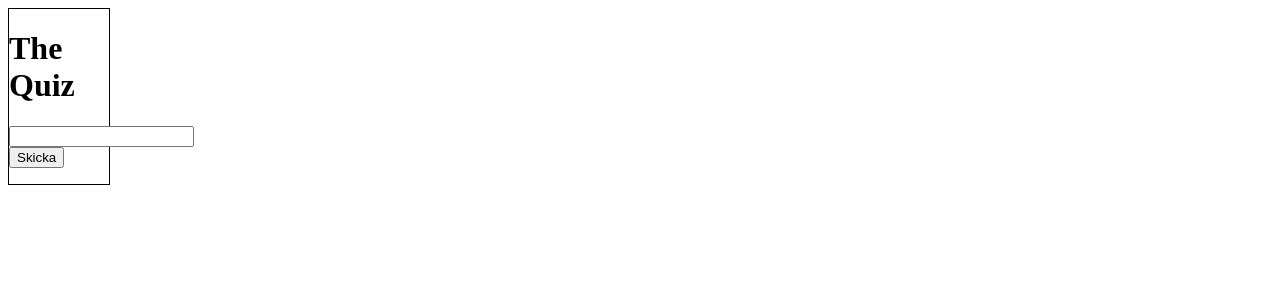
Repository: la222tc/la222tc-1dv403-Laborationer
Page: 4-thequiz/index.html
The author's editor kept a record of every edit. The page is drawn from the files as they stood at one moment, then again after the next edit.
The browser window is 1280 px wide. The pictures show the whole page.
The page's requests for data from a server got no answer.

Above is the page before.

### 4-thequiz/index.html
<!DOCTYPE html>
<html lang="sv">
<head>
	<meta charset="UTF-8" />
 	<title>JavaScript - Laboration 4 - TheQuiz</title>
 	<link rel="stylesheet" href="css/quiz.css" type="text/css" />
</head>
    <body>

        <div id="content">
           <h1>The Quiz</h1>
           <p id="Question"></p>
           <input type="text" id="answer"/>
           <input type="button" id="button" value="Skicka"/>
           <p id="wrongAnswer"></p>
        </div>

        <script type="text/javascript" src="js/quiz.js"></script>
    </body>
</html>

### 4-thequiz/css/quiz.css
#content {
    width:100px;
    border:1px solid black;
}

### 4-thequiz/js/quiz.js
"use strict";

    var quiz = {

    url: "http://vhost3.lnu.se:20080/question/1",
    xhr: new XMLHttpRequest(),
    div: document.getElementById("content"),
    answer: document.getElementById("answer"),
    submit: document.getElementById("button"),
    wrongAnswer: document.getElementById("wrongAnswer"),
    textBox: document.getElementById("answer"),
    pers: null,
    numberOfTries: 0,
    array: [],

    init: function () {

        quiz.submit.addEventListener("click", function (e) {
            e.preventDefault();
            quiz.sendQuestion(quiz.answer.value, quiz.pers.nextURL);
        });

        quiz.textBox.addEventListener("keypress", function (e) {
            console.log(e.keycode);
            if (e.keycode === 13) {
            e.preventDefault();
            quiz.sendQuestion(quiz.answer.value, quiz.pers.nextURL);
            }
        });

        quiz.displayQuestion(quiz.url);
    },

    displayQuestion: function (url) {
        quiz.wrongAnswer.innerHTML = "";
        quiz.xhr.onreadystatechange = function(){

           if (quiz.xhr.readyState === 4) {
               if (quiz.xhr.status == 200 || quiz.xhr.status == 304) {

                    quiz.pers = JSON.parse(quiz.xhr.responseText);
                    console.log(quiz.pers.question);
                    var p = document.getElementById("Question");
                    p.innerHTML = quiz.pers.question;

               }


           }
       };

        quiz.xhr.open("GET", url, true);
        quiz.xhr.send(null);
    },

    sendQuestion: function (answer, url) {

        var xhr2 = new XMLHttpRequest();


        xhr2.onreadystatechange = function(){

           if (xhr2.readyState === 4) {
               var pers = JSON.parse(xhr2.responseText);
               console.log(pers);

               if (pers.message === "Correct answer!") {
                    quiz.displayQuestion(pers.nextURL);
                    quiz.array.push(quiz.numberOfTries);
                    quiz.numberOfTries = 0;

                   if (pers.nextURL === undefined) {
                       quiz.wrongAnswer.innerHTML = "Quizen avklarad";
                       quiz.showResult();
                   }
               }

               else {
                   quiz.wrongAnswer.innerHTML = "Fel Svar, försök igen";
                   quiz.numberOfTries += 1;
               }

           }
       };

        xhr2.open('POST', url, true);
        xhr2.setRequestHeader('Content-Type', 'application/json');

        var theAnswer = {answer: answer};
        console.log(theAnswer);

        xhr2.send(JSON.stringify(theAnswer));

    },

    showResult: function () {


        for (var i = 1; i < quiz.array.length + 1; i++) {
            var result = document.createElement("p");
            quiz.div.appendChild(result);
            result.innerHTML = "Fråga " + i + " behövde du " + quiz.array[i - 1] + " försök att klara.";
        }
    }

};

window.onload = quiz.init;

After the next edit:
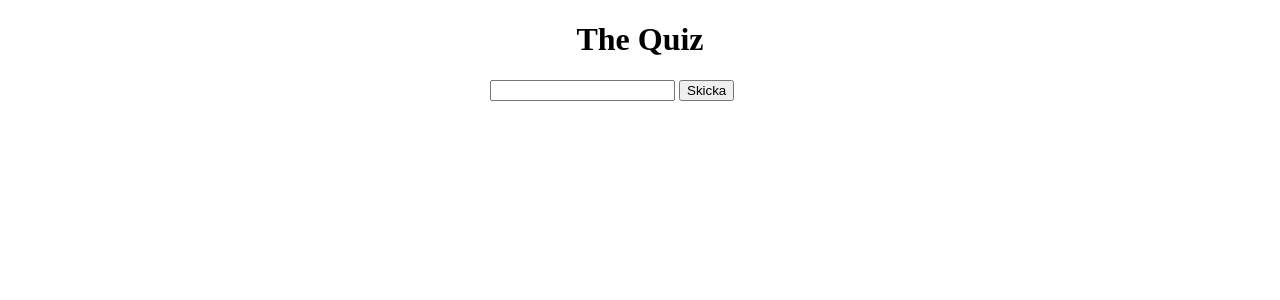
The edit:
--- a/4-thequiz/css/quiz.css
+++ b/4-thequiz/css/quiz.css
@@ -1,4 +1,8 @@
 #content {
-    width:100px;
-    border:1px solid black;
+    width:300px;
+    margin:auto;
 }
+
+h1 {
+    text-align:center;
+}
